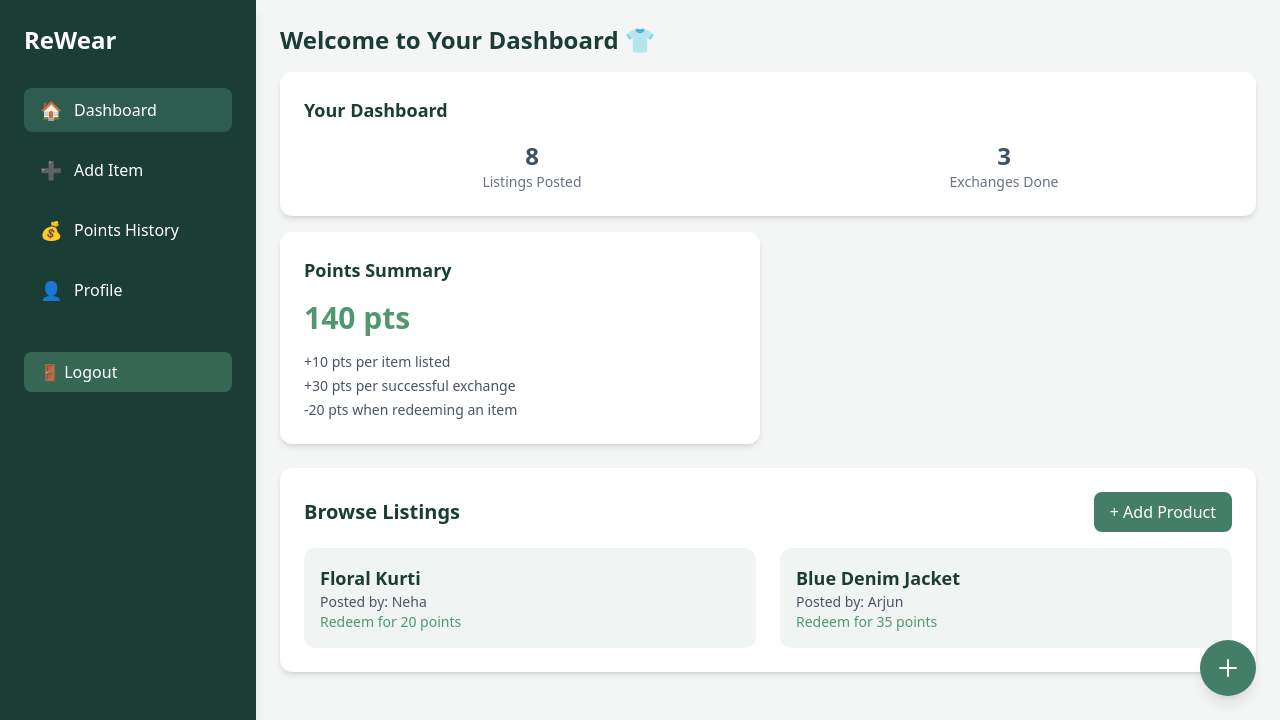
Repository: Swastikkkkk/vv
Page: /user (app in OneDrive/Desktop/Yuzichahal/frontend/)
These files come from the project's save history. The page is drawn as it stood at one moment and after the next save; the edit follows.
The browser window is 1280 px wide. The pictures show the whole page.
The page's requests for data from a server got no answer. The project was rebuilt for these pictures with package versions that can differ from the ones it lists, and the page was loaded fresh each time. No one was signed in, and anything a server would have sent is missing. Also part of the build but not shown: OneDrive/Desktop/Yuzichahal/frontend/vite.config.js, OneDrive/Desktop/Yuzichahal/frontend/src/components/Navbar.jsx, OneDrive/Desktop/Yuzichahal/frontend/src/components/Herosection.jsx, OneDrive/Desktop/Yuzichahal/frontend/src/components/FirebaseConfig.js, OneDrive/Desktop/Yuzichahal/frontend/src/components/CategoriesSection.jsx, OneDrive/Desktop/Yuzichahal/frontend/src/components/Footer.jsx, OneDrive/Desktop/Yuzichahal/frontend/src/components/LandingPage.jsx, OneDrive/Desktop/Yuzichahal/frontend/src/components/Signup.jsx and 6 more.

Above is the page before, as saved 2025-07-12 11:24:08.

After the next save:
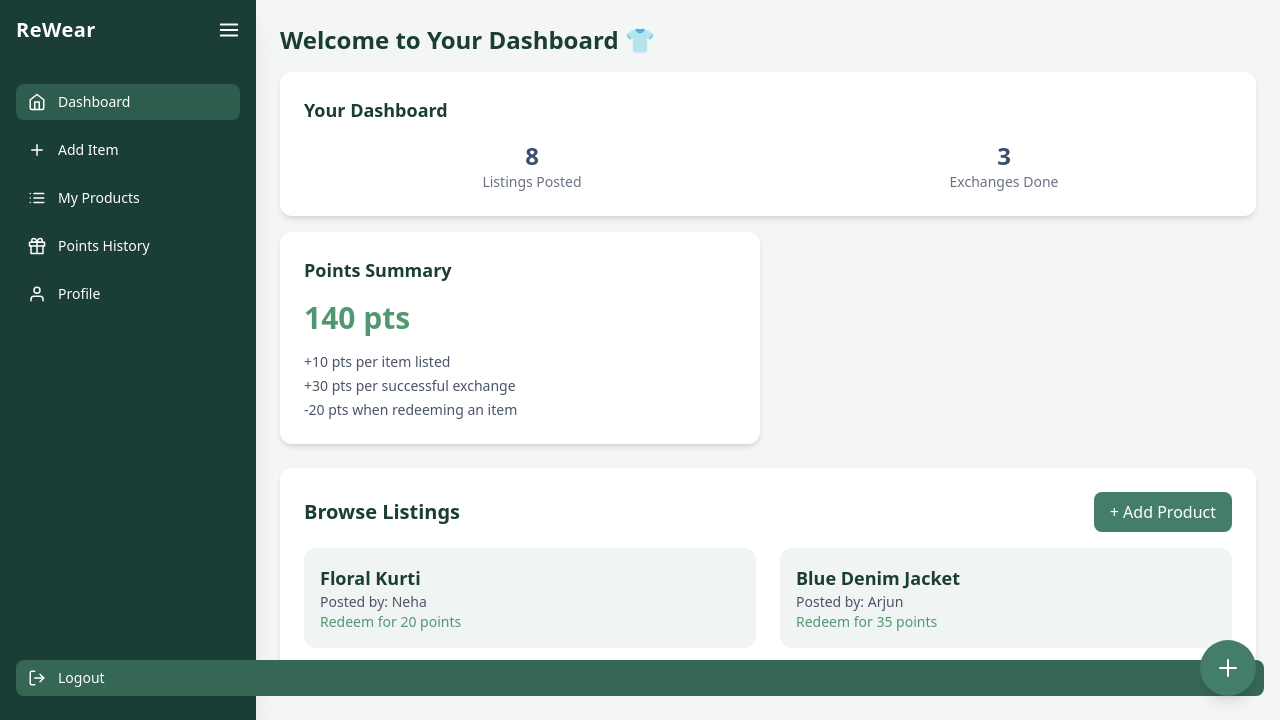
Saved 2 min 40 s later.
--- a/OneDrive/Desktop/Yuzichahal/frontend/src/components/user/Sidebar.jsx
+++ b/OneDrive/Desktop/Yuzichahal/frontend/src/components/user/Sidebar.jsx
@@ -1,48 +1,69 @@
-import React from 'react';
+import React, { useState } from 'react';
 import { NavLink, useNavigate } from 'react-router-dom';
+import { FiMenu, FiLogOut, FiPlus, FiUser, FiHome, FiList, FiGift } from 'react-icons/fi';
 
 const Sidebar = () => {
   const navigate = useNavigate();
+  const [collapsed, setCollapsed] = useState(false);
 
   const navItems = [
-    { label: 'Dashboard', path: '/user', icon: '🏠' },
-    { label: 'Add Item', path: '/user/add', icon: '➕' },
-    { label: 'Points History', path: '/user/points', icon: '💰' },
-    { label: 'Profile', path: '/user/profile', icon: '👤' },
+    { label: 'Dashboard', path: '/user', icon: <FiHome /> },
+    { label: 'Add Item', path: '/user/add', icon: <FiPlus /> },
+    { label: 'My Products', path: '/user/my-products', icon: <FiList /> },
+    { label: 'Points History', path: '/user/points', icon: <FiGift /> },
+    { label: 'Profile', path: '/user/profile', icon: <FiUser /> },
   ];
 
   const handleLogout = () => {
-    // Add Firebase logout if needed
+    // Add Firebase logout logic here
     navigate('/login');
   };
 
   return (
-    <div className="w-64 min-h-screen bg-[#1a3d35] text-white p-6 shadow-lg hidden md:block">
-      <h2 className="text-2xl font-bold mb-8">ReWear</h2>
+    <div
+      className={`h-screen bg-[#1a3d35] text-white p-4 transition-all duration-300 ease-in-out shadow-xl ${
+        collapsed ? 'w-20' : 'w-64'
+      }`}
+    >
+      {/* Collapse Button */}
+      <div className="flex justify-between items-center mb-10">
+        {!collapsed && <h2 className="text-xl font-bold tracking-wide">ReWear</h2>}
+        <button
+          onClick={() => setCollapsed(!collapsed)}
+          className="text-white focus:outline-none"
+        >
+          <FiMenu size={22} />
+        </button>
+      </div>
 
-      <nav className="space-y-4">
+      {/* Navigation Links */}
+      <nav className="space-y-3">
         {navItems.map((item) => (
           <NavLink
             key={item.path}
             to={item.path}
             className={({ isActive }) =>
-              `flex items-center gap-3 px-4 py-2 rounded-lg transition ${
+              `flex items-center gap-3 px-3 py-2 rounded-lg text-sm font-medium transition-all duration-200 ${
                 isActive ? 'bg-[#2e5c4f]' : 'hover:bg-[#2e5c4f]/60'
               }`
             }
           >
             <span className="text-lg">{item.icon}</span>
-            <span>{item.label}</span>
+            {!collapsed && <span>{item.label}</span>}
           </NavLink>
         ))}
       </nav>
 
-      <button
-        onClick={handleLogout}
-        className="mt-10 w-full text-left px-4 py-2 rounded-lg bg-[#366755] hover:bg-[#2f5c4d] transition"
-      >
-        🚪 Logout
-      </button>
+      {/* Logout */}
+      <div className="absolute bottom-6 w-full left-0 px-4">
+        <button
+          onClick={handleLogout}
+          className="w-full flex items-center gap-3 py-2 px-3 text-sm font-medium rounded-lg bg-[#366755] hover:bg-[#2f5c4d] transition"
+        >
+          <FiLogOut className="text-lg" />
+          {!collapsed && <span>Logout</span>}
+        </button>
+      </div>
     </div>
   );
 };
